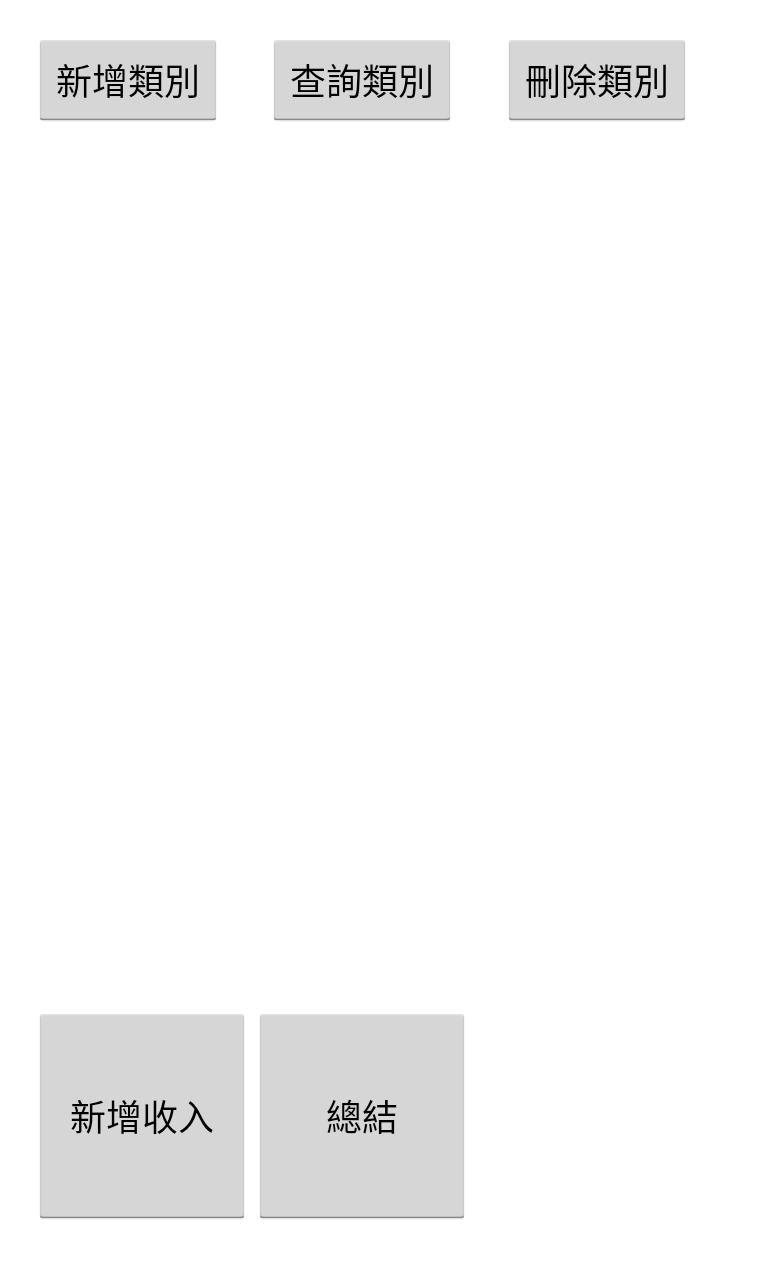
Repository: rayyrayy/Android-app-project
Layout: flashaccounting/easy money manager/res/layout/activity_main.xml
The author's editor kept a copy of each file at every save. The layout is drawn from the files as they stood at one save, then again after the next save.
It is drawn on a 768 x 1280 px phone screen (xhdpi) without system bars, with theme AppTheme; the app's code is not run.

Above is the layout before, as saved 2014-10-29 06:01:05.

### flashaccounting/easy money manager/res/layout/activity_main.xml
<RelativeLayout xmlns:android="http://schemas.android.com/apk/res/android"
    xmlns:tools="http://schemas.android.com/tools"
    android:layout_width="fill_parent"
    android:layout_height="fill_parent"
    android:paddingBottom="@dimen/activity_vertical_margin"
    android:paddingLeft="@dimen/activity_horizontal_margin"
    android:paddingRight="@dimen/activity_horizontal_margin"
    android:paddingTop="@dimen/activity_vertical_margin"
    tools:context="com.example.easymoneymanager.MainActivity" >

    <LinearLayout
    android:layout_width="fill_parent"
   	android:layout_height="fill_parent"
	android:orientation="vertical">

   <LinearLayout
    android:layout_width="fill_parent"
   	android:layout_height="fill_parent"
   	android:layout_weight="2"
   	android:orientation="horizontal">

   	    <LinearLayout
    	android:layout_width="wrap_content"
   		android:layout_height="fill_parent"
   		android:layout_weight="1"
   		android:orientation="horizontal">

    		<Button
        	android:id="@+id/AddClass"
        	android:layout_width="wrap_content"
        	android:layout_height="wrap_content"
        	android:text="新增類別" />

		</LinearLayout>

   		<LinearLayout
       	android:layout_width="wrap_content"
   		android:layout_height="fill_parent"
   		android:layout_weight="1"
   		android:orientation="horizontal">

   		    <Button
        	android:id="@+id/button1"
        	android:layout_width="wrap_content"
        	android:layout_height="wrap_content"
        	android:onClick="querytable"
        	android:text="查詢類別" />

    	</LinearLayout>

   		<LinearLayout
       	android:layout_width="wrap_content"
   		android:layout_height="fill_parent"
   		android:layout_weight="1"
   		android:orientation="horizontal">

    		<Button
        	android:id="@+id/DelClass"
        	android:layout_width="wrap_content"
        	android:layout_height="wrap_content"
        	android:onClick="DelClass"
        	android:text="刪除類別" />

  	  	</LinearLayout>

	</LinearLayout>

   	<LinearLayout
    android:layout_width="fill_parent"
    android:layout_height="fill_parent"
   	android:layout_weight="1"
   	android:orientation="horizontal">

	    <GridLayout
  	      android:id="@+id/gridLayout1"
	      android:layout_width="wrap_content"
 	      android:layout_height="wrap_content"
 	      android:columnCount="3"
  	      android:orientation="horizontal"
  	      android:rowCount="3" >
 	   </GridLayout>

    </LinearLayout>


   	<LinearLayout
    android:layout_width="fill_parent"
    android:layout_height="fill_parent"
   	android:layout_weight="2"
   	android:orientation="horizontal">

  		<Button
        android:id="@+id/button3"
        android:layout_width="110dp"
        android:layout_height="110dp"
        android:text="新增收入" />

  		<Button
        android:id="@+id/button4"
        android:layout_width="110dp"
        android:layout_height="110dp"
        android:text="總結" />

    </LinearLayout>

   	</LinearLayout>
</RelativeLayout>

Loaded but not shown: flashaccounting/easy money manager/res/values/styles.xml (common file); flashaccounting/easy money manager/res/values-v11/styles.xml (common file); flashaccounting/easy money manager/res/values-v14/styles.xml (common file); flashaccounting/easy money manager/res/values/dimens.xml (common file); flashaccounting/easy money manager/res/values-w820dp/dimens.xml (common file)

After the next save:
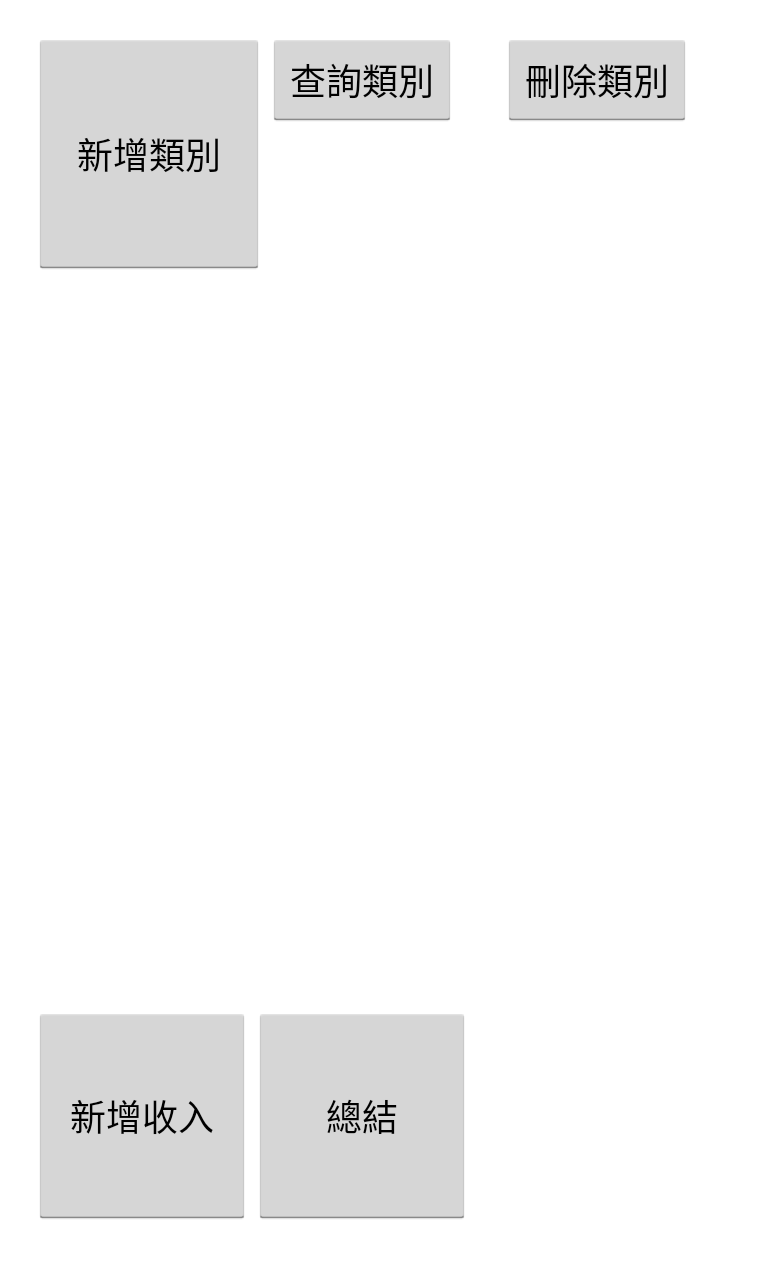
Saved 102 s later.
--- a/flashaccounting/easy money manager/res/layout/activity_main.xml
+++ b/flashaccounting/easy money manager/res/layout/activity_main.xml
@@ -27,8 +27,8 @@
 
     		<Button
         	android:id="@+id/AddClass"
-        	android:layout_width="wrap_content"
-        	android:layout_height="wrap_content"
+        	android:layout_width="fill_parent"
+        	android:layout_height="fill_parent"
         	android:text="新增類別" />
 
 		</LinearLayout>
